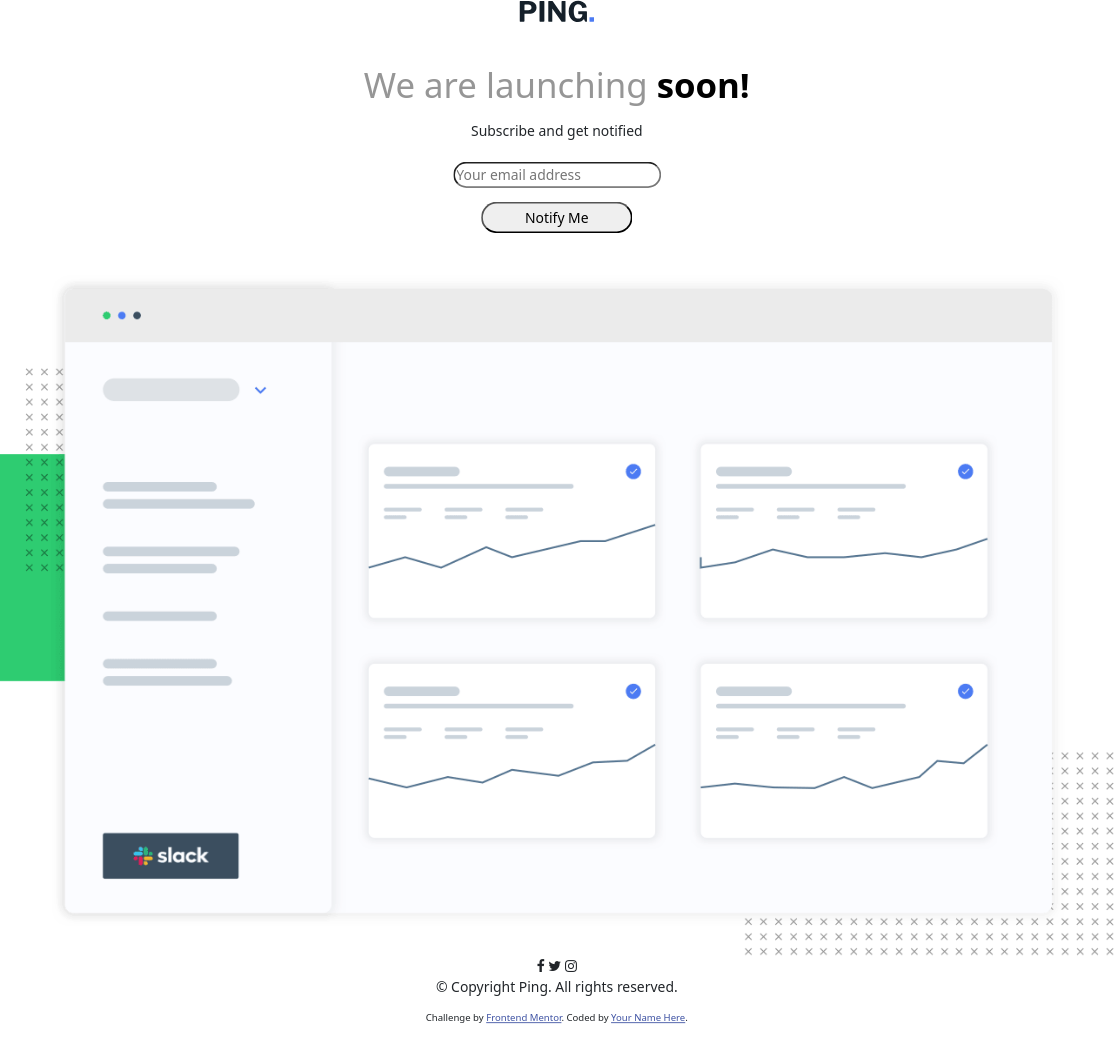
Repository: blordeus/ping-coming-soon-page-master
Page: index.html
These files come from the project's save history. The page is drawn as it stood at one moment and after a run of saves; the edit follows.
The browser window is 1280 px wide. The pictures show the whole page, at 87% of full size.
The style sheet was rebuilt from its Sass, Less or Tailwind sources for each picture, by a compiler version that may differ from the author's.

Above is the page before, as saved 2023-08-31 11:29:05.

After the next 2 saves:
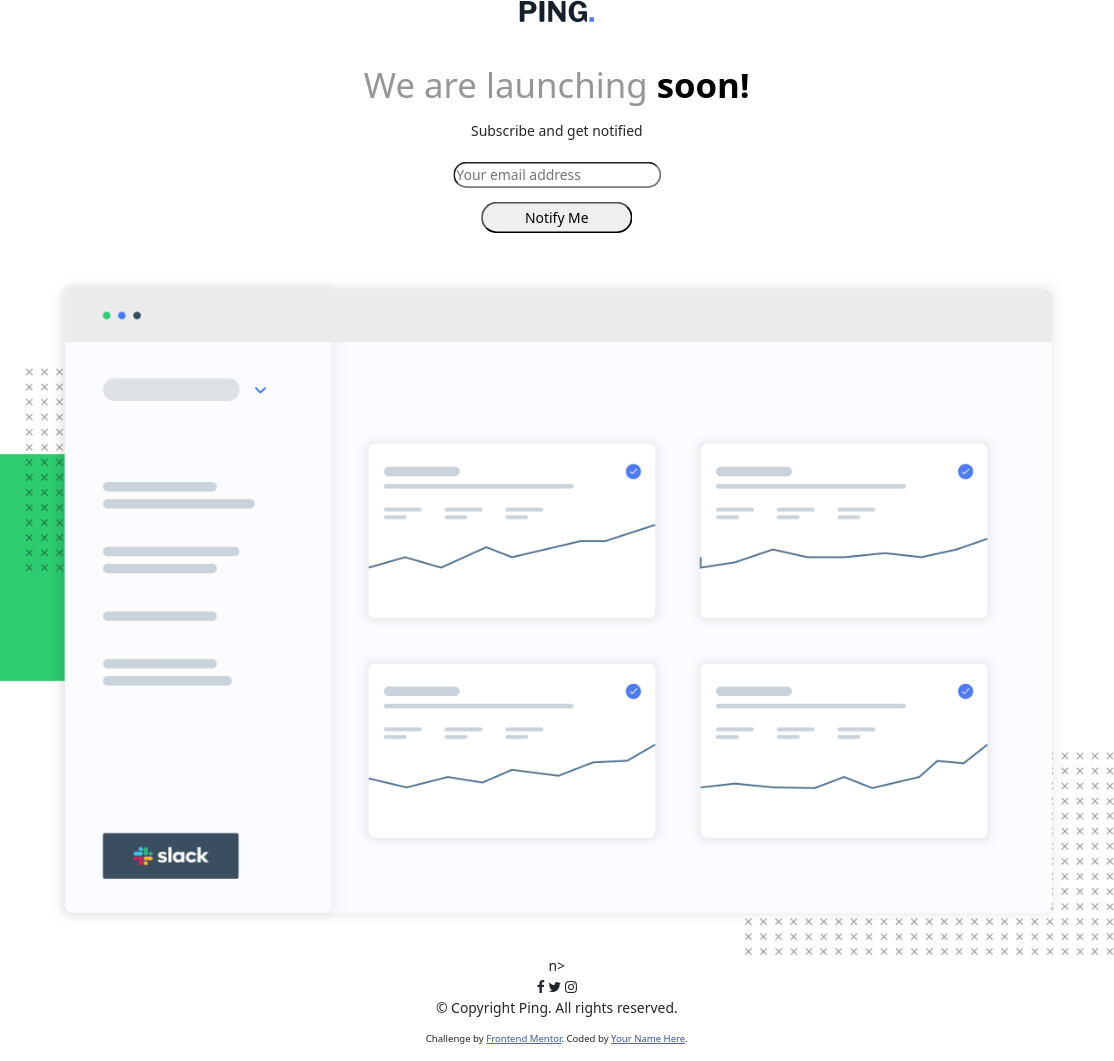
The 2 saves are shown as one change because they came seconds apart.
The last was saved 39 s later.
--- a/index.html
+++ b/index.html
@@ -32,7 +32,7 @@
       <button class="px-5 py-1 mt-3 rounded-pill ">Notify Me</button>
     </div>
 
-    <img src="./images/illustration-dashboard.png" alt="dashboard">
+    <section class="showcase"><img src="./images/illustration-dashboard.png" alt="dashboard"></section>n>
 
     <div class="flex flex-col gap-x-4 justify-between">
       <i class="fa fa-facebook" aria-hidden="true"></i>

After the 2 saves that followed:
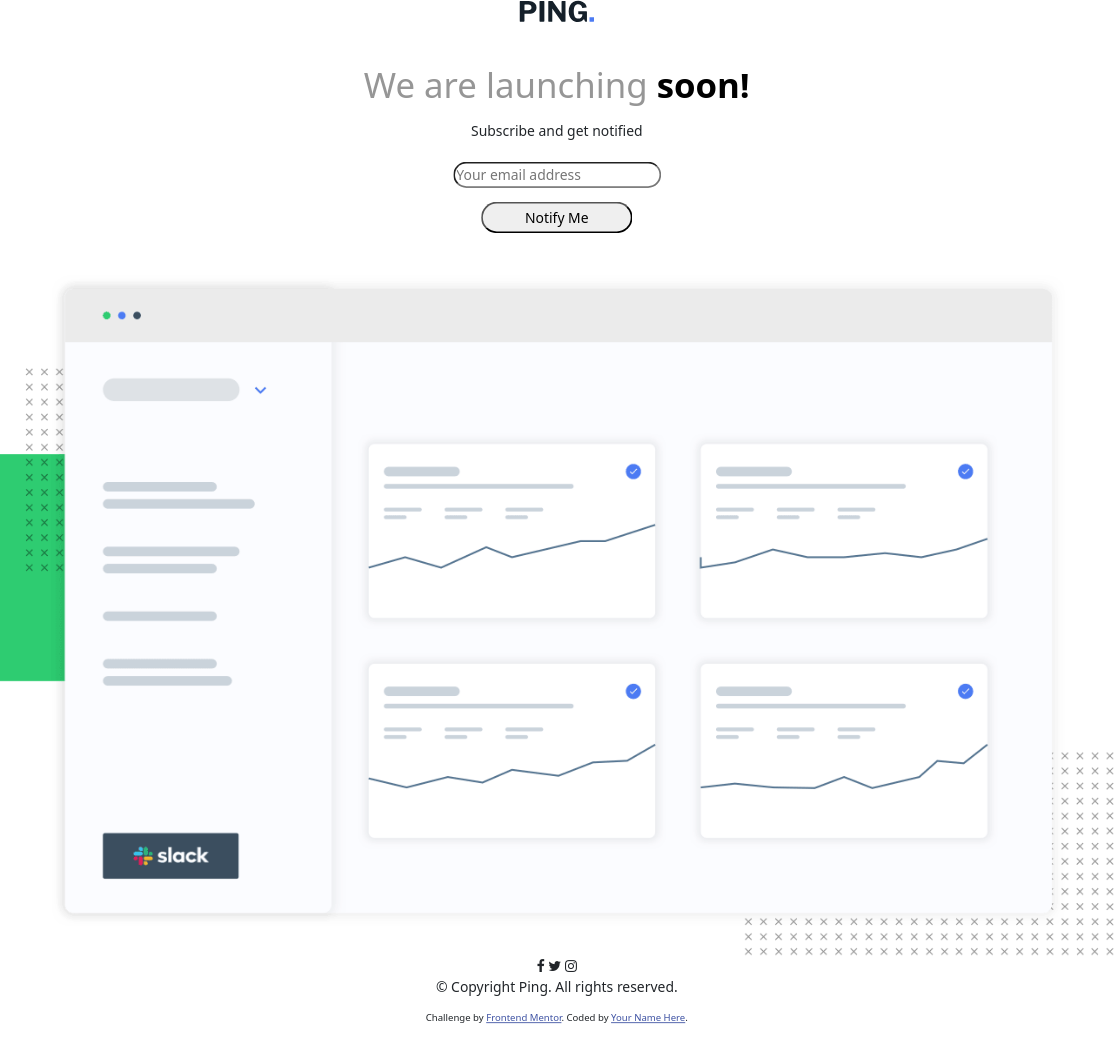
The 2 saves are shown as one change because they came seconds apart.
The last was saved 6 s later.
--- a/index.html
+++ b/index.html
@@ -32,7 +32,7 @@
       <button class="px-5 py-1 mt-3 rounded-pill ">Notify Me</button>
     </div>
 
-    <section class="showcase"><img src="./images/illustration-dashboard.png" alt="dashboard"></section>n>
+    <img src="./images/illustration-dashboard.png" alt="dashboard">
 
     <div class="flex flex-col gap-x-4 justify-between">
       <i class="fa fa-facebook" aria-hidden="true"></i>
